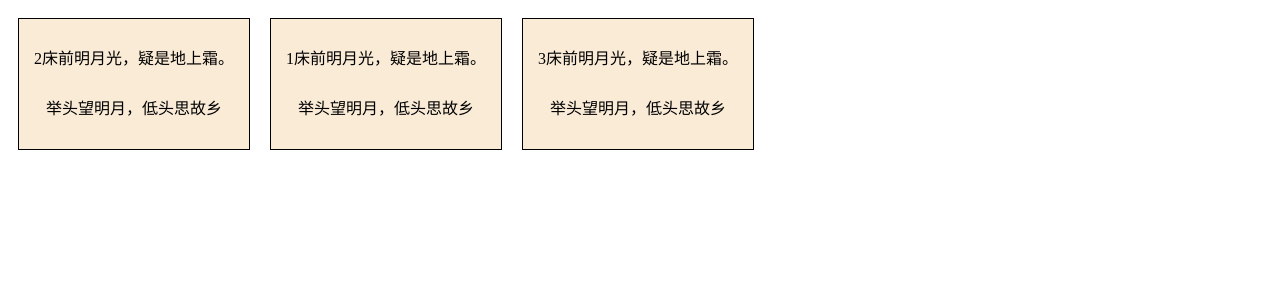
Repository: ljx1197678031/Wed-Design
Page: 01/4.html
An editor plug-in stored every save of this project. The page is shown before and after the next save, followed by the edit.
The browser window is 1280 px wide. The pictures show the whole page.

Above is the page before, as saved 2020-06-03 15:41:47.

### 01/4.html
<!DOCTYPE html>
<html lang="en">
<head>
    <meta charset="UTF-8">
    <meta name="viewport" content="width=device-width, initial-scale=1.0">
    <title>Document</title>

    <style>
        #content{
            display: box;/*盒布局*/
            box-orient: horizontal;

            display: -webkit-box;/*针对webkit引擎的浏览器，指谷歌浏览器*/
            -webkit-box-orient: horizontal;
            -webkit-box-direction: reverse;

            display: -moz-box;/*针对Gecko引擎的浏览器，指火狐浏览器*/
            -moz-box-orient: horizontal;

        }
        #content p {
            margin: 10px;
            padding:15px;
            line-height: 50px;
            text-align: center;
            border: 1px #000000 solid;
            background-color: antiquewhite;
        }
    </style>
</head>
<body>
    <div id="content">
        <p>3床前明月光，疑是地上霜。<br/>举头望明月，低头思故乡</p>
        <p>1床前明月光，疑是地上霜。<br/>举头望明月，低头思故乡</p>
        <p>2床前明月光，疑是地上霜。<br/>举头望明月，低头思故乡</p>
    </div>
</body>
</html>

After the next save:
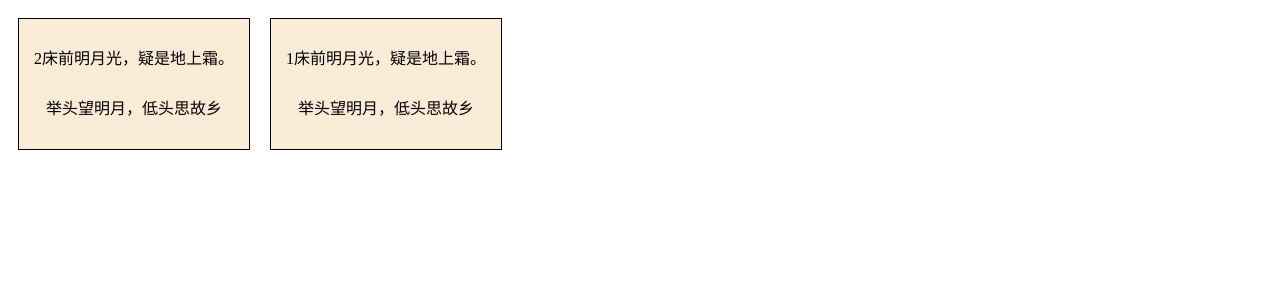
Saved 14 s later.
--- a/01/4.html
+++ b/01/4.html
@@ -30,7 +30,7 @@
 </head>
 <body>
     <div id="content">
-        <p>3床前明月光，疑是地上霜。<br/>举头望明月，低头思故乡</p>
+
         <p>1床前明月光，疑是地上霜。<br/>举头望明月，低头思故乡</p>
         <p>2床前明月光，疑是地上霜。<br/>举头望明月，低头思故乡</p>
     </div>

After the save that followed:
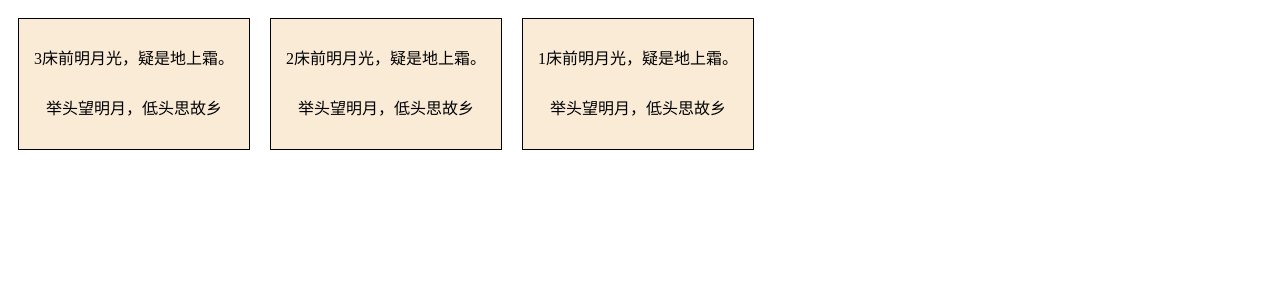
Saved 4 s later.
--- a/01/4.html
+++ b/01/4.html
@@ -33,6 +33,7 @@
 
         <p>1床前明月光，疑是地上霜。<br/>举头望明月，低头思故乡</p>
         <p>2床前明月光，疑是地上霜。<br/>举头望明月，低头思故乡</p>
+        <p>3床前明月光，疑是地上霜。<br/>举头望明月，低头思故乡</p>
     </div>
 </body>
 </html>
